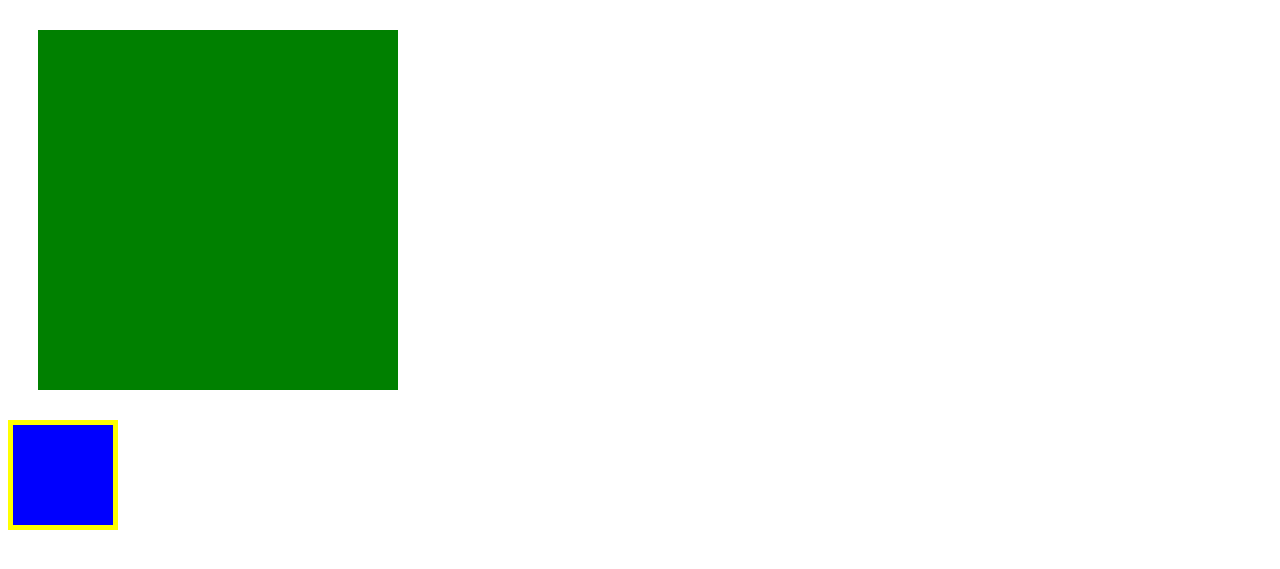
Repository: matuyama/dmm-webcamp
Page: box/box.html
The author's editor kept a record of every edit. The page is drawn from the files as they stood at one moment, then again after the next edit.
The browser window is 1280 px wide. The pictures show the whole page.

Above is the page before.

After the next edit:
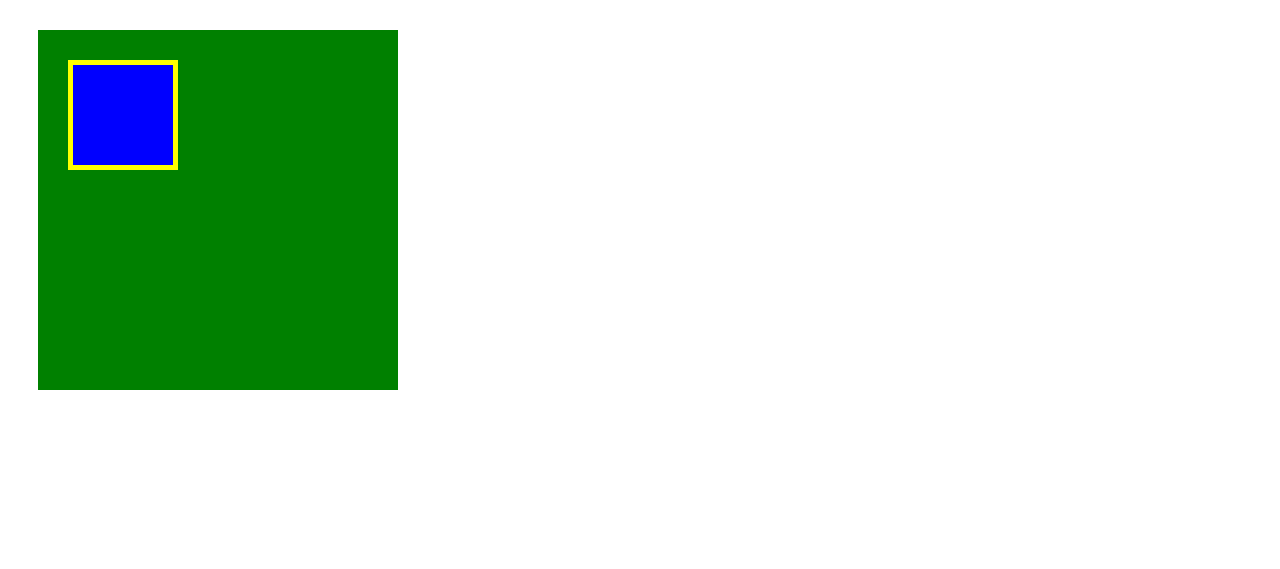
The edit:
--- a/box/box.html
+++ b/box/box.html
@@ -9,7 +9,7 @@
 
   <body>
   <!--box1用-->
-  <div class="box1"></div>
+  <div class="box1">
     <div class="box2"></div>
     </div>
   </body>
